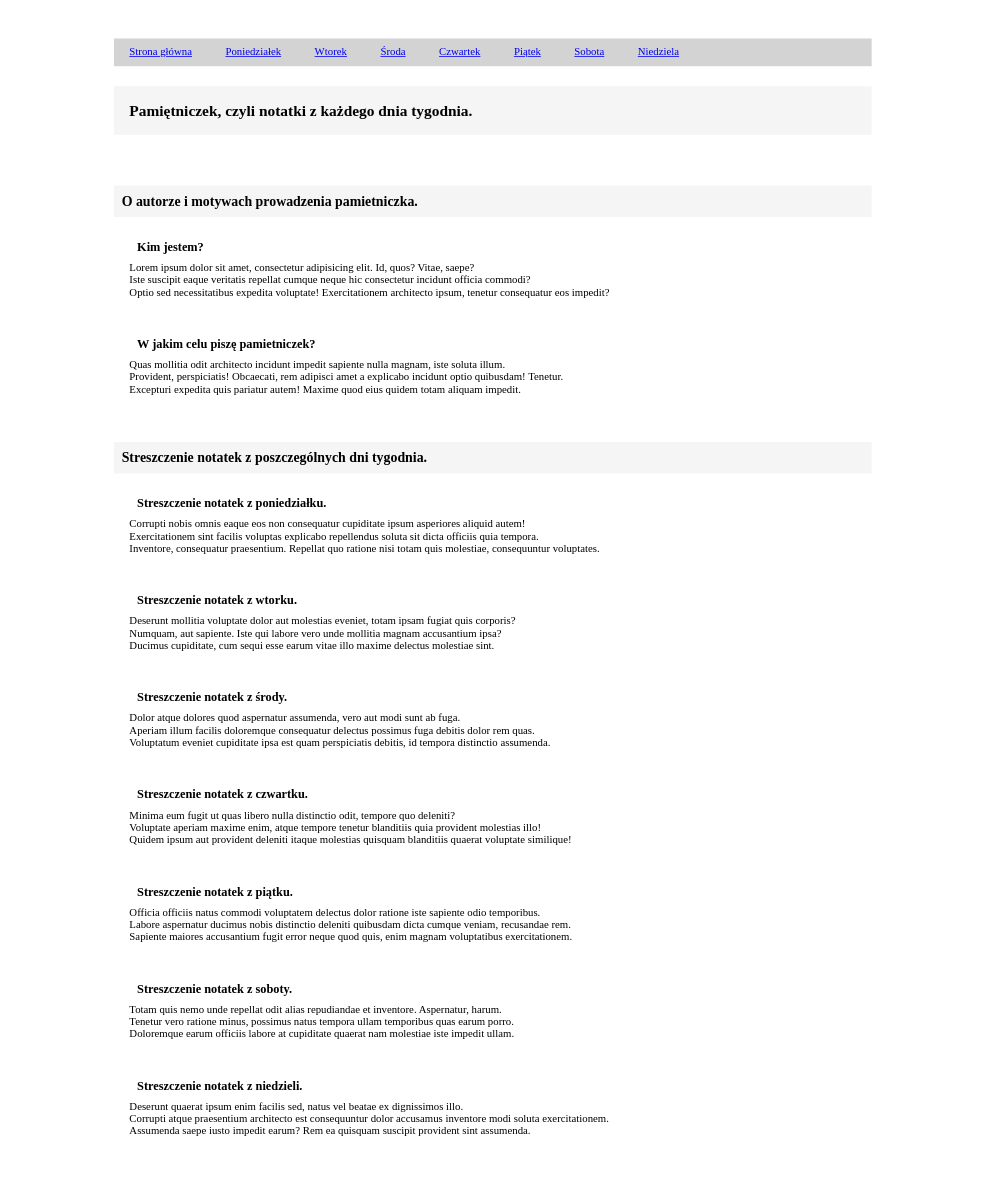
Repository: ArturNatwora/hompage
Page: index.html
The author's editor kept a copy of each file at every save. The page is drawn from the files as they stood at one save, then again after the next save.
The browser window is 1280 px wide. The pictures show the whole page, at 77% of full size.

Above is the page before, as saved 2019-06-11 18:39:54.

After the next save:
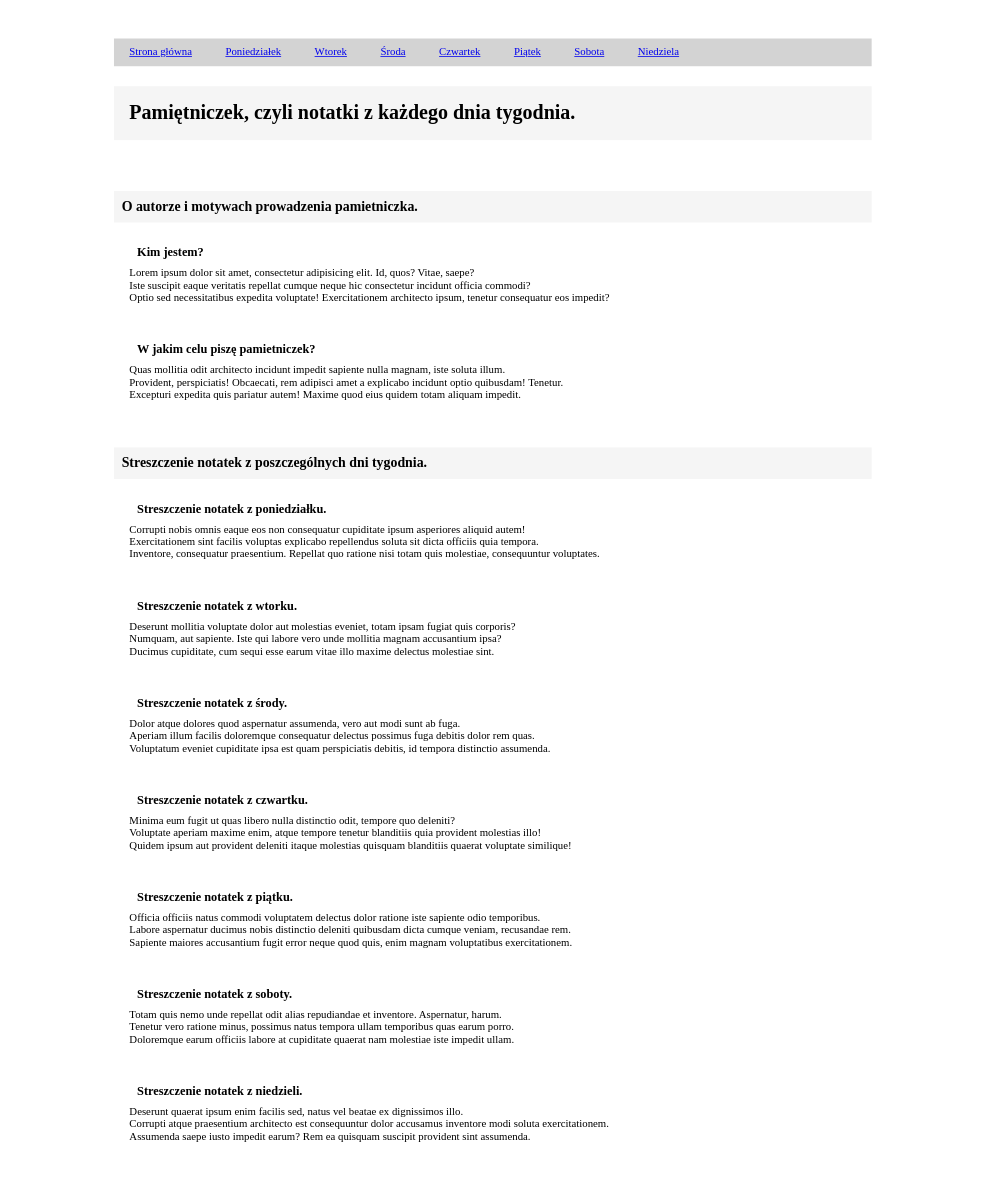
Saved 17 s later.
--- a/index.css
+++ b/index.css
@@ -38,7 +38,7 @@ body{
 }
 
 .bodyHeader__title{
-    font-size: 20px;
+    font-size: 26px;
     display: block;
     margin:26px 0;
     padding: 20px;
